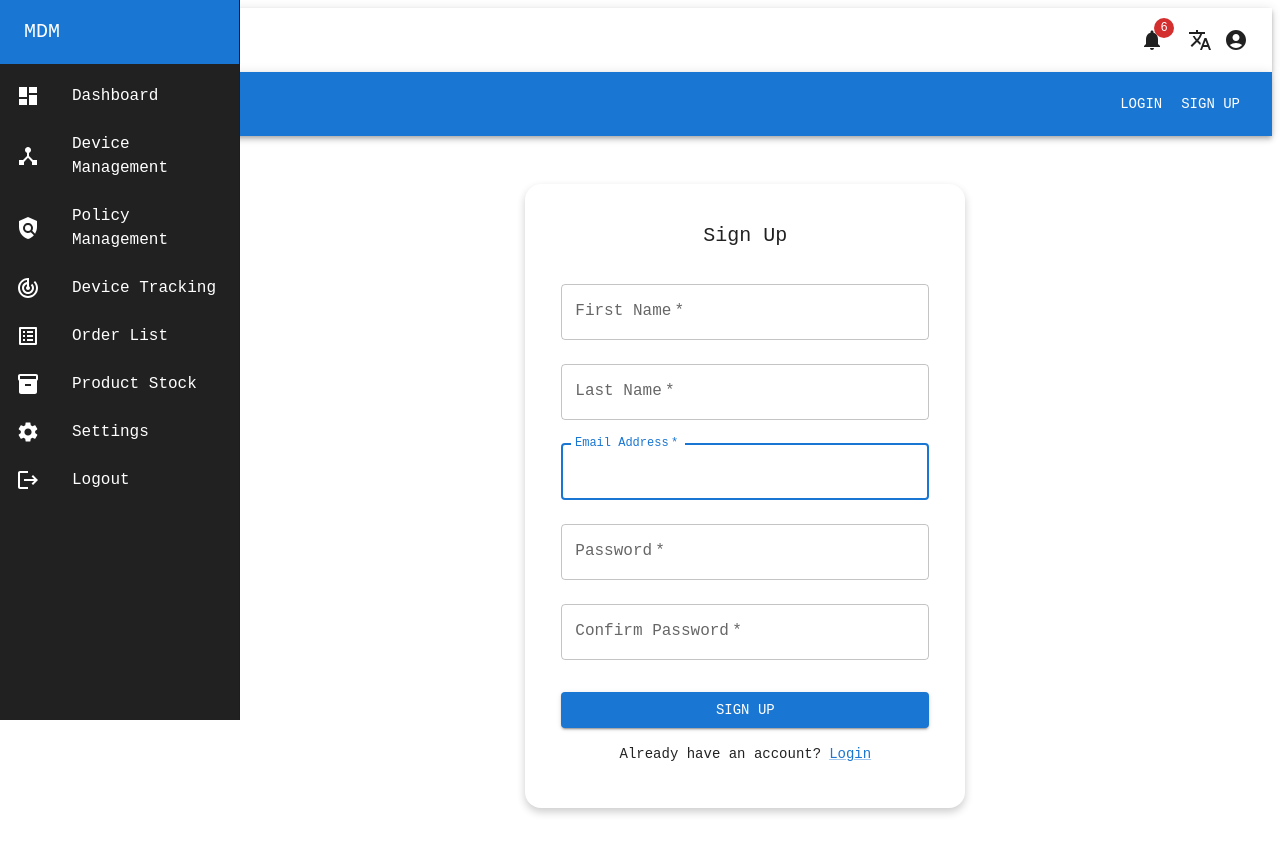
Repository: aalsbr/MDM_FRONTEND
Page: /signup
These files come from the project's save history. The page is drawn as it stood at one moment and after the next save; the edit follows.
The browser window is 1280 px wide. The pictures show the whole page.
The project was rebuilt for these pictures with package versions that can differ from the ones it lists, and the page was loaded fresh each time. Also part of the build but not shown: src/screens/Dashboard.js, src/screens/DeviceManagement.js, src/screens/PolicyManagement.js, src/screens/DeviceTracking.js, src/screens/OrderList.js, src/screens/ProductStock.js, src/screens/Settings.js, src/screens/LogOff.js and 2 more.

Above is the page before, as saved 2024-04-29 22:19:16.

### src/App.js
import React from 'react';
import { BrowserRouter as Router, Route, Routes, NavLink } from 'react-router-dom';
import { Box, List, ListItem, ListItemText, Toolbar, Grid, AppBar , Drawer, IconButton, Typography, Button } from '@mui/material';
import Dashboard from './screens/Dashboard';
import DeviceManagement from './screens/DeviceManagement';
import PolicyManagement from './screens/PolicyManagement';
import DeviceTracking from './screens/DeviceTracking';
import OrderList from './screens/OrderList';
import ProductStock from './screens/ProductStock';
import Settings from './screens/Settings';
import LogOff from './screens/LogOff';
import LoginForm from './screens/LoginForm';
import SignupForm from './screens/SignupForm';
import PasswordResetForm from './screens/PasswordResetForm';
import NavBar from './screens/Navbar';
import MenuIcon from '@mui/icons-material/Menu';
import DashboardIcon from '@mui/icons-material/Dashboard';
import DeviceHubIcon from '@mui/icons-material/DeviceHub'; // Replace with actual icon for Device Management
import PolicyIcon from '@mui/icons-material/Policy'; // Replace with actual icon for Policy Management
import TrackChangesIcon from '@mui/icons-material/TrackChanges'; // Replace with actual icon for Device Tracking
import ListAltIcon from '@mui/icons-material/ListAlt'; // Replace with actual icon for Order List
import InventoryIcon from '@mui/icons-material/Inventory';
import { blue, green } from '@mui/material/colors';
import SettingsIcon from '@mui/icons-material/Settings';
import LogoutIcon from '@mui/icons-material/Logout';
import ListItemIcon from '@mui/material/ListItemIcon';
import { createTheme, ThemeProvider } from '@mui/material/styles';

const drawerWidth = 240;

const theme = createTheme({
    typography: {
      fontFamily: '"Fira Code", monospace',
    },
  });

function App() {
    const handleLogin = (credentials) => {
        // handle login
    };

    const handleSignup = (credentials) => {
        // handle signup
    };

    const handlePasswordReset = (email) => {
        // handle password reset
    };

    return (
        <ThemeProvider theme={theme}>

        <Router>
            <Grid container>
                <Grid item xs={12}>
                    <NavBar />
                </Grid>
                <Grid item xs={2}>
                    <Drawer
                        variant="permanent"
                        sx={{
                            width: drawerWidth,
                            flexShrink: 0,
                            '& .MuiDrawer-paper': {
                                width: drawerWidth,
                                boxSizing: 'border-box',
                                backgroundColor: '#212121', // Drawer background color
                                color: 'white' // Text color
                            },
                        }}
                    >
                        <Toolbar sx={{ backgroundColor: blue[700], color: 'white' }}>
                            <Typography variant="h6" noWrap component="div">
                                MDM
                            </Typography>
                        </Toolbar>
                        <List>
                            {['Dashboard', 'Device Management', 'Policy Management', 'Device Tracking', 'Order List', 'Product Stock', 'Settings', 'Logout'].map((text, index) => (
                                <ListItem button key={text} component={NavLink} to={`/${text.toLowerCase().replace(/\s+/g, '-')}`}
                                    sx={{ '&.active': { backgroundColor: blue[500] } }}>
                                    <ListItemIcon>
                                        {/* You will replace this switch statement with the actual icons you want to use */}
                                        {index === 0 && <DashboardIcon sx={{ color: 'white' }} />}
                                        {index === 1 && <DeviceHubIcon  sx={{ color: 'white' }}/>}
                                        {index === 2 && <PolicyIcon sx={{ color: 'white' }} />}
                                        {index === 3 && <TrackChangesIcon  sx={{ color: 'white' }}/>}
                                        {index === 4 && <ListAltIcon  sx={{ color: 'white' }}/>}
                                        {index === 5 && <InventoryIcon  sx={{ color: 'white' }}/>}
                                        {index === 6 && <SettingsIcon  sx={{ color: 'white' }}/>}
                                        {index === 7 && <LogoutIcon  sx={{ color: 'white' }}/>}
                                        {/* ... other icons */}
                                    </ListItemIcon>
                                    <ListItemText primary={text} />
                                </ListItem>
                            ))}
                        </List>
                    </Drawer>
                </Grid>
                <Grid item xs={10}>
                    <Routes>
                        <Route path="/dashboard" element={<Dashboard />} />
                        <Route path="/device-management" element={<DeviceManagement />} />
                        <Route path="/policy-management" element={<PolicyManagement />} />
                        <Route path="/device-tracking" element={<DeviceTracking />} />
                        <Route path="/order-list" element={<OrderList />} />
                        <Route path="/product-stock" element={<ProductStock />} />
                        <Route path="/settings" element={<Settings />} />
                        <Route path="/logoff" element={<LogOff />} />
                        <Route path="/login" element={<LoginForm onLogin={handleLogin} />} />
                        <Route path="/signup" element={<SignupForm onSignup={handleSignup} />} />
                        <Route path="/reset-password" element={<PasswordResetForm onPasswordReset={handlePasswordReset} />} />
                    </Routes>
                </Grid>
            </Grid>
        </Router>
        </ThemeProvider>

    );
}

export default App;

### src/screens/SignupForm.js
import React, { useState } from 'react';
import { Button, TextField, Card, CardContent, Container, Typography, Link, Snackbar } from '@mui/material';
import { blue } from '@mui/material/colors';
import { Link as RouterLink } from 'react-router-dom';
import MuiAlert from '@mui/material/Alert';

function Alert(props) {
  return <MuiAlert elevation={6} variant="filled" {...props} />;
}

function SignupForm({ onSignup }) {
  const [email, setEmail] = useState('');
  const [password, setPassword] = useState('');
  const [confirmPassword, setConfirmPassword] = useState('');
  const [firstName, setFirstName] = useState('');
  const [lastName, setLastName] = useState('');
  const [open, setOpen] = useState(false);
  const [errorMessage, setErrorMessage] = useState('');

  const handleSubmit = async (event) => {
    event.preventDefault();
    if (password === confirmPassword) {
      const response = await fetch('http://host.docker.internal:8080/auth/register', {
        method: 'POST',
        headers: {
          'Content-Type': 'application/json',
          'Authorization': 'Bearer dsfsd'
        },
        body: JSON.stringify({
          email: email,
          password: password,
          first_name: firstName,
          last_name: lastName
        })
      });

      if (!response.ok) {
        const message = await response.text();
        setErrorMessage(message);
        setOpen(true);
      } else {
        onSignup({ email, password });
      }
    } else {
      setErrorMessage("Passwords don't match!");
      setOpen(true);
    }
  };

  const handleClose = (event, reason) => {
    if (reason === 'clickaway') {
      return;
    }

    setOpen(false);
  };

  return (
    <Container maxWidth="100%" maxhight="100%" sx={{
      display: 'flex', justifyContent: 'center', alignItems: 'center', height: '100vh',
    }}>
      <Card raised sx={{
        maxWidth: 400,
        padding: '20px',
        borderRadius: '16px',
        boxShadow: '0 4px 8px 0 rgba(0,0,0,0.2)',
        textAlign: 'center'
      }}>
        <CardContent>
          <Typography variant="h6" sx={{ mb: 2 }}>Sign Up</Typography>
          <form onSubmit={handleSubmit} noValidate>
            <TextField
              variant="outlined"
              margin="normal"
              required
              fullWidth
              id="firstName"
              label="First Name"
              name="firstName"
              autoComplete="firstName"
              autoFocus
              value={firstName}
              onChange={(e) => setFirstName(e.target.value)}
            />
            <TextField
              variant="outlined"
              margin="normal"
              required
              fullWidth
              id="lastName"
              label="Last Name"
              name="lastName"
              autoComplete="lastName"
              autoFocus
              value={lastName}
              onChange={(e) => setLastName(e.target.value)}
            />
            <TextField
              variant="outlined"
              margin="normal"
              required
              fullWidth
              id="email"
              label="Email Address"
              name="email"
              autoComplete="email"
              autoFocus
              value={email}
              onChange={(e) => setEmail(e.target.value)}
            />
            <TextField
              variant="outlined"
              margin="normal"
              required
              fullWidth
              name="password"
              label="Password"
              type="password"
              id="password"
              autoComplete="new-password"
              value={password}
              onChange={(e) => setPassword(e.target.value)}
            />
            <TextField
              variant="outlined"
              margin="normal"
              required
              fullWidth
              name="confirmPassword"
              label="Confirm Password"
              type="password"
              id="confirmPassword"
              autoComplete="new-password"
              value={confirmPassword}
              onChange={(e) => setConfirmPassword(e.target.value)}
            />
            <Button
              type="submit"
              fullWidth
              variant="contained"
              color="primary"
              sx={{ mt: 3, mb: 2, backgroundColor: blue[700] }}
            >
              Sign Up
            </Button>
            <Typography variant="body2" align="center">
              Already have an account?
              <Link component={RouterLink} to="/login" sx={{ display: 'inline', ml: 1 }}>
                Login
              </Link>
            </Typography>
          </form>
        </CardContent>
      </Card>
      <Snackbar open={open} autoHideDuration={6000} onClose={handleClose}>
        <Alert onClose={handleClose} severity="error">
          {errorMessage}
        </Alert>
      </Snackbar>
    </Container>
  );
}

export default SignupForm;

Loaded but not shown: public/index.html (common file); src/index.js (common file); src/screens/Navbar.js (251 lines, source omitted)

After the next save:
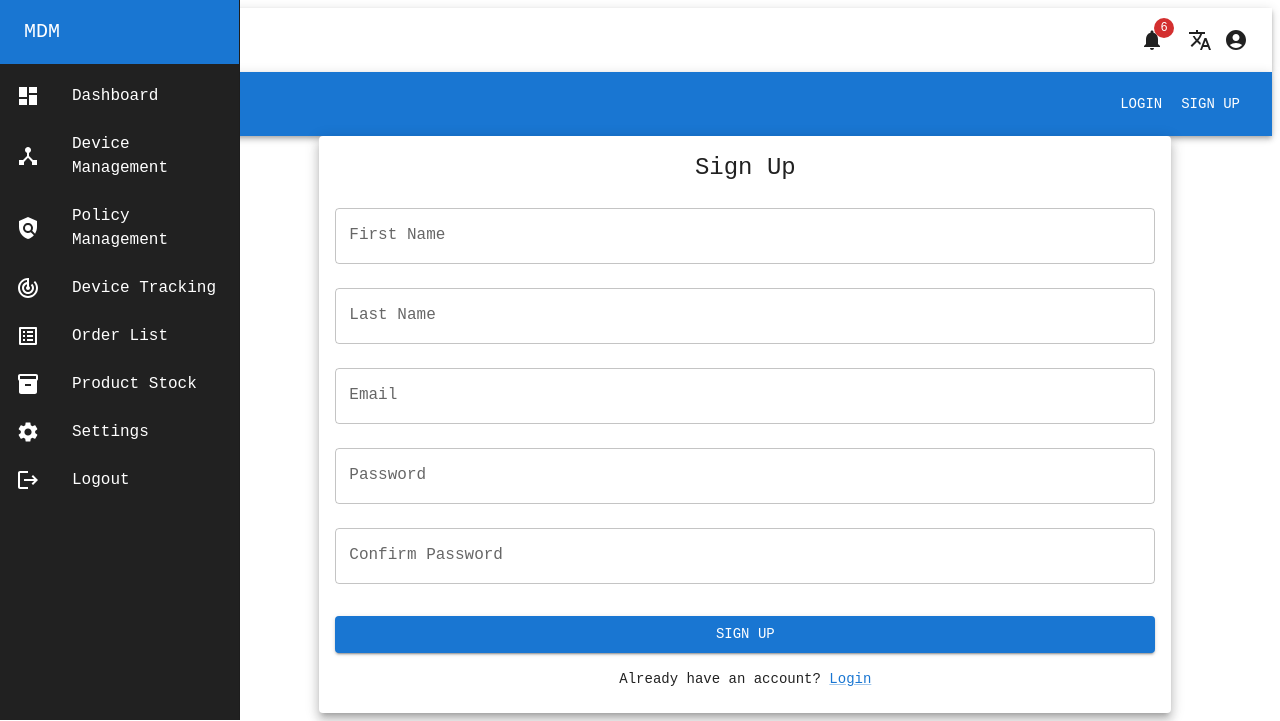
Saved 104 s later.
--- a/src/screens/SignupForm.js
+++ b/src/screens/SignupForm.js
@@ -56,81 +56,52 @@
   };
 
   return (
-    <Container maxWidth="100%" maxhight="100%" sx={{
-      display: 'flex', justifyContent: 'center', alignItems: 'center', height: '100vh',
-    }}>
-      <Card raised sx={{
-        maxWidth: 400,
-        padding: '20px',
-        borderRadius: '16px',
-        boxShadow: '0 4px 8px 0 rgba(0,0,0,0.2)',
-        textAlign: 'center'
-      }}>
+    <Container maxWidth="md">
+      <Card raised>
         <CardContent>
-          <Typography variant="h6" sx={{ mb: 2 }}>Sign Up</Typography>
-          <form onSubmit={handleSubmit} noValidate>
+          <Typography variant="h5" align="center" gutterBottom>
+            Sign Up
+          </Typography>
+          <form onSubmit={handleSubmit}>
             <TextField
+              label="First Name"
               variant="outlined"
               margin="normal"
-              required
               fullWidth
-              id="firstName"
-              label="First Name"
-              name="firstName"
-              autoComplete="firstName"
-              autoFocus
               value={firstName}
               onChange={(e) => setFirstName(e.target.value)}
             />
             <TextField
+              label="Last Name"
               variant="outlined"
               margin="normal"
-              required
               fullWidth
-              id="lastName"
-              label="Last Name"
-              name="lastName"
-              autoComplete="lastName"
-              autoFocus
               value={lastName}
               onChange={(e) => setLastName(e.target.value)}
             />
             <TextField
+              label="Email"
               variant="outlined"
               margin="normal"
-              required
               fullWidth
-              id="email"
-              label="Email Address"
-              name="email"
-              autoComplete="email"
-              autoFocus
               value={email}
               onChange={(e) => setEmail(e.target.value)}
             />
             <TextField
+              label="Password"
               variant="outlined"
               margin="normal"
-              required
               fullWidth
-              name="password"
-              label="Password"
               type="password"
-              id="password"
-              autoComplete="new-password"
               value={password}
               onChange={(e) => setPassword(e.target.value)}
             />
             <TextField
+              label="Confirm Password"
               variant="outlined"
               margin="normal"
-              required
               fullWidth
-              name="confirmPassword"
-              label="Confirm Password"
               type="password"
-              id="confirmPassword"
-              autoComplete="new-password"
               value={confirmPassword}
               onChange={(e) => setConfirmPassword(e.target.value)}
             />
@@ -143,13 +114,10 @@
             >
               Sign Up
             </Button>
-            <Typography variant="body2" align="center">
-              Already have an account?
-              <Link component={RouterLink} to="/login" sx={{ display: 'inline', ml: 1 }}>
-                Login
-              </Link>
-            </Typography>
           </form>
+          <Typography variant="body2" align="center">
+            Already have an account? <Link component={RouterLink} to="/login">Login</Link>
+          </Typography>
         </CardContent>
       </Card>
       <Snackbar open={open} autoHideDuration={6000} onClose={handleClose}>

After the 2 saves that followed:
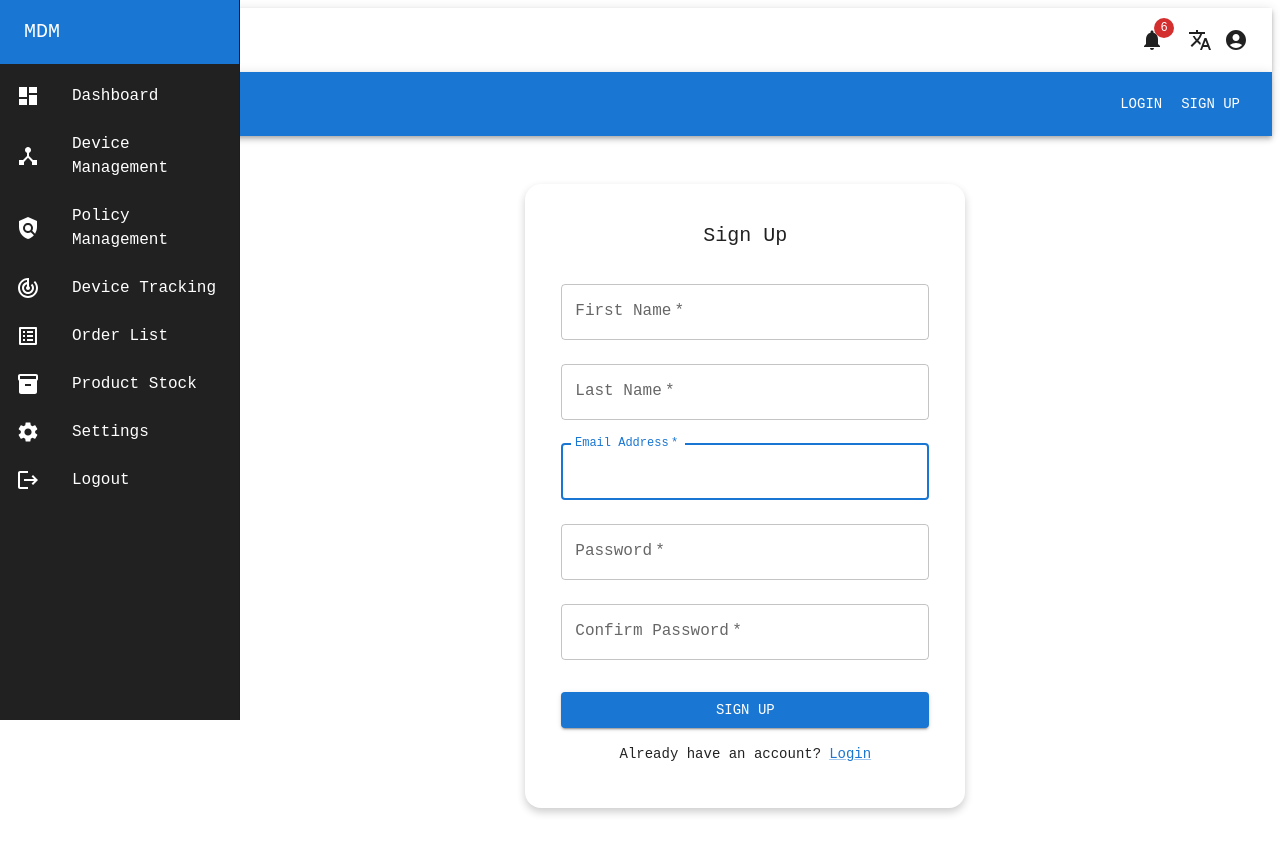
The 2 saves are shown as one change because 1 left the picture as it was.
The last was saved 2 min 40 s later.
--- a/src/screens/SignupForm.js
+++ b/src/screens/SignupForm.js
@@ -56,52 +56,81 @@
   };
 
   return (
-    <Container maxWidth="md">
-      <Card raised>
+    <Container maxWidth="100%" maxhight="100%" sx={{
+      display: 'flex', justifyContent: 'center', alignItems: 'center', height: '100vh',
+    }}>
+      <Card raised sx={{
+        maxWidth: 400,
+        padding: '20px',
+        borderRadius: '16px',
+        boxShadow: '0 4px 8px 0 rgba(0,0,0,0.2)',
+        textAlign: 'center'
+      }}>
         <CardContent>
-          <Typography variant="h5" align="center" gutterBottom>
-            Sign Up
-          </Typography>
-          <form onSubmit={handleSubmit}>
+          <Typography variant="h6" sx={{ mb: 2 }}>Sign Up</Typography>
+          <form onSubmit={handleSubmit} noValidate>
             <TextField
-              label="First Name"
               variant="outlined"
               margin="normal"
+              required
               fullWidth
+              id="firstName"
+              label="First Name"
+              name="firstName"
+              autoComplete="firstName"
+              autoFocus
               value={firstName}
               onChange={(e) => setFirstName(e.target.value)}
             />
             <TextField
-              label="Last Name"
               variant="outlined"
               margin="normal"
+              required
               fullWidth
+              id="lastName"
+              label="Last Name"
+              name="lastName"
+              autoComplete="lastName"
+              autoFocus
               value={lastName}
               onChange={(e) => setLastName(e.target.value)}
             />
             <TextField
-              label="Email"
               variant="outlined"
               margin="normal"
+              required
               fullWidth
+              id="email"
+              label="Email Address"
+              name="email"
+              autoComplete="email"
+              autoFocus
               value={email}
               onChange={(e) => setEmail(e.target.value)}
             />
             <TextField
-              label="Password"
               variant="outlined"
               margin="normal"
+              required
               fullWidth
+              name="password"
+              label="Password"
               type="password"
+              id="password"
+              autoComplete="new-password"
               value={password}
               onChange={(e) => setPassword(e.target.value)}
             />
             <TextField
-              label="Confirm Password"
               variant="outlined"
               margin="normal"
+              required
               fullWidth
+              name="confirmPassword"
+              label="Confirm Password"
               type="password"
+              id="confirmPassword"
+              autoComplete="new-password"
               value={confirmPassword}
               onChange={(e) => setConfirmPassword(e.target.value)}
             />
@@ -114,10 +143,13 @@
             >
               Sign Up
             </Button>
+            <Typography variant="body2" align="center">
+              Already have an account?
+              <Link component={RouterLink} to="/login" sx={{ display: 'inline', ml: 1 }}>
+                Login
+              </Link>
+            </Typography>
           </form>
-          <Typography variant="body2" align="center">
-            Already have an account? <Link component={RouterLink} to="/login">Login</Link>
-          </Typography>
         </CardContent>
       </Card>
       <Snackbar open={open} autoHideDuration={6000} onClose={handleClose}>
